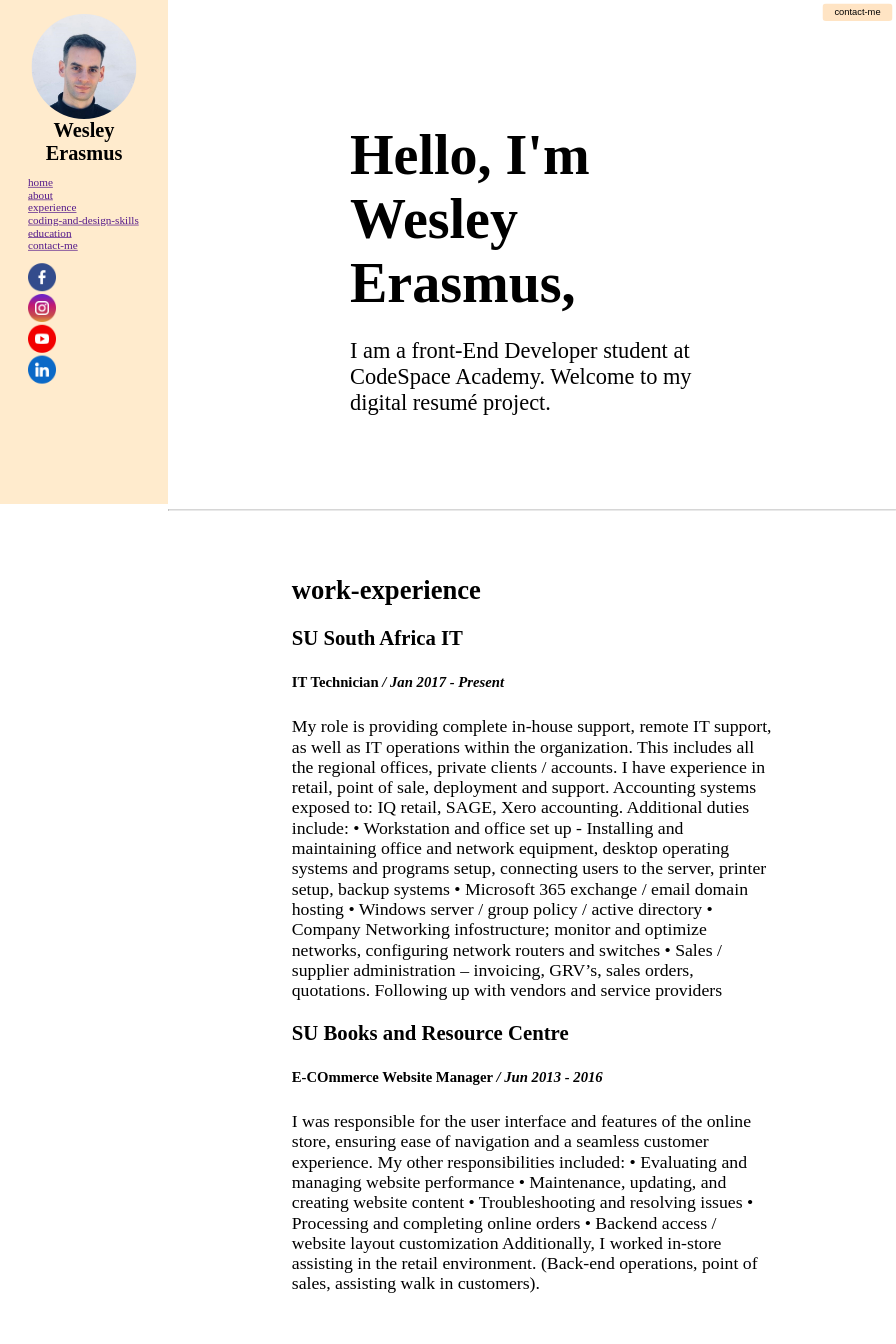
Repository: WesleyErasmus/MyDigitalResume-5
Page: index.html
These files come from the project's save history. The page is drawn as it stood at one moment and after a run of saves; the edit follows.
The browser window is 1280 px wide. The pictures show the part of the page from y = 0 to 1920 px (the page is 2928 px tall), at 70% of full size.

Above is the page before, as saved 2022-02-25 20:53:11.

After the next 2 saves:
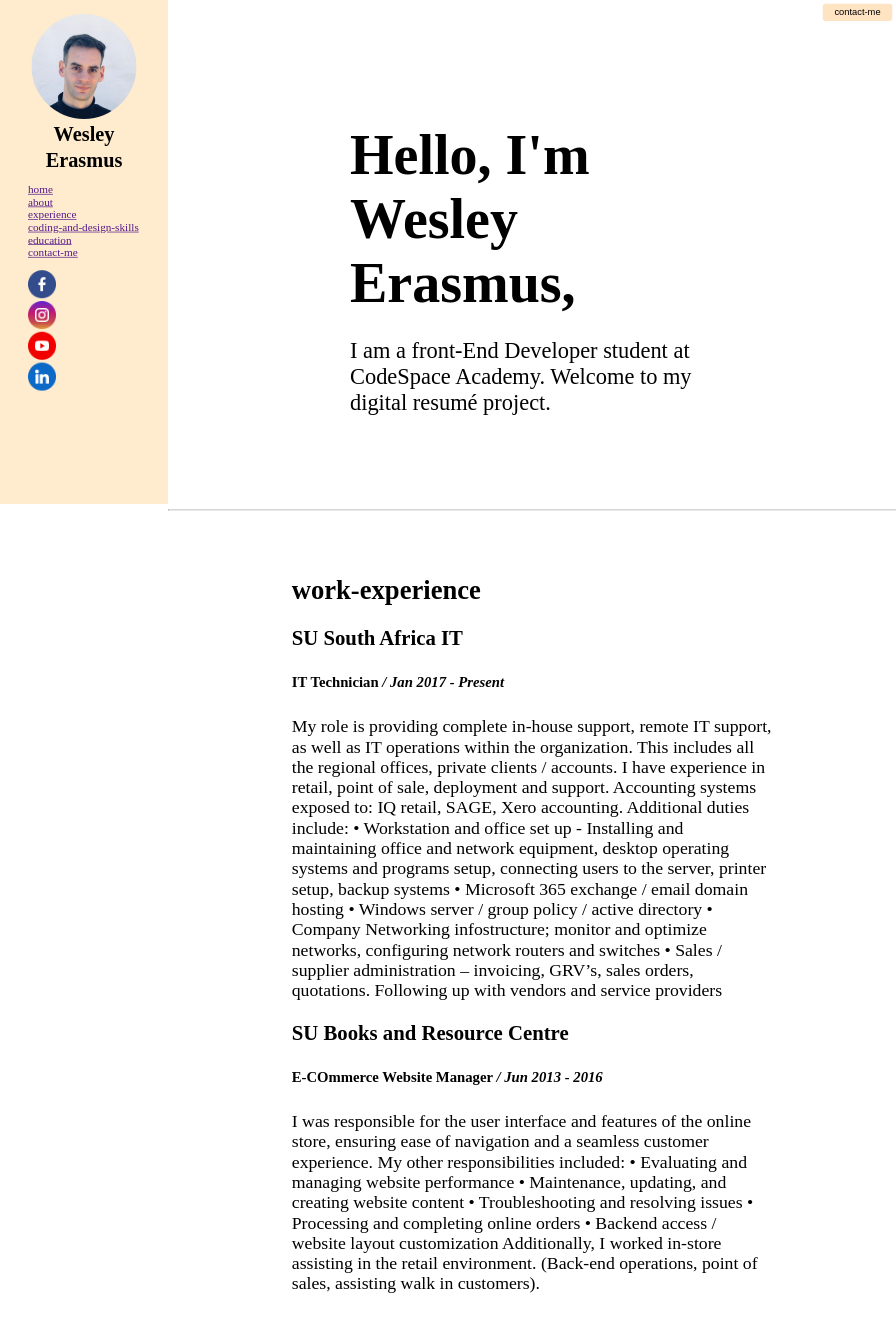
The 2 saves are shown as one change because they came seconds apart.
The last was saved 7 s later.
--- a/stylesheet.css
+++ b/stylesheet.css
@@ -23,7 +23,7 @@ h1#full-name {
     text-align: center;
     font-size: 29px;
     padding: 0px;
-    margin: 0px;
+    margin: 5px;
 }
 button#contact-me-btn {
     position: fixed;
